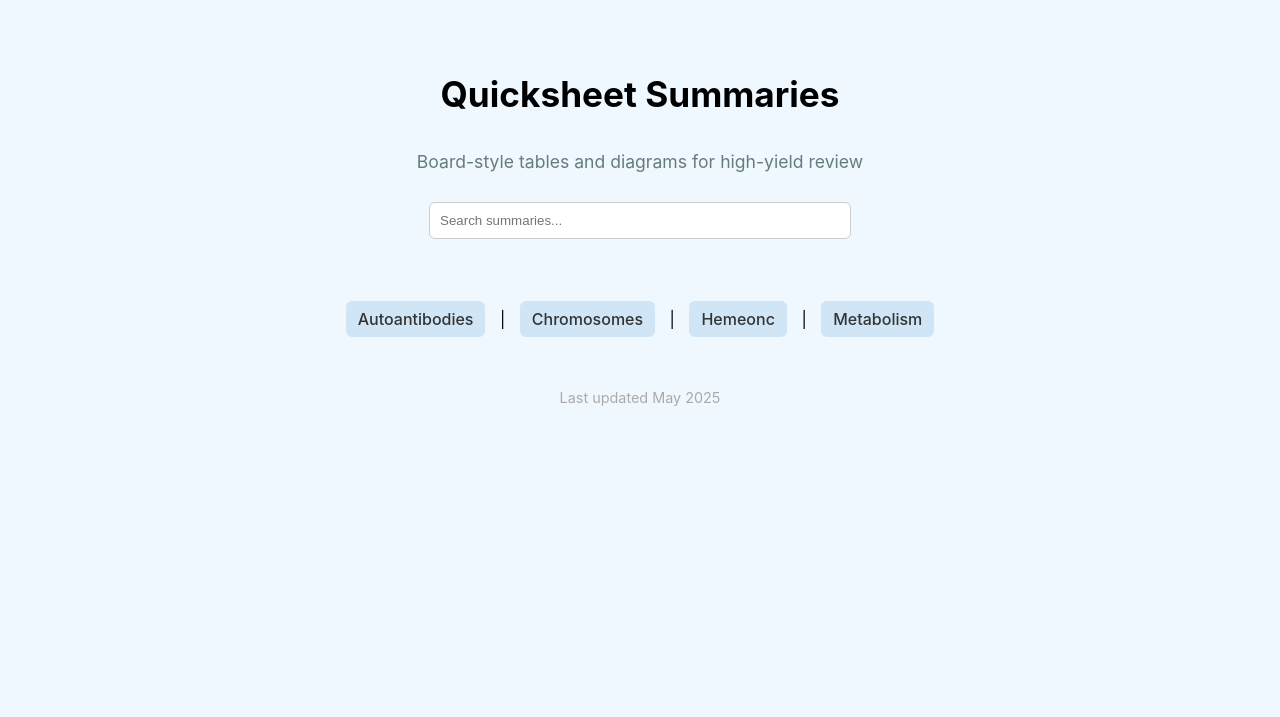
Repository: sharperdragon/STEVEL-1-Summaries
Page: index.html
An editor plug-in stored every save of this project. The page is shown before and after the next save, followed by the edit.
The browser window is 1280 px wide. The pictures show the whole page.

Above is the page before, as saved 2025-05-20 17:31:28.

After the next save:
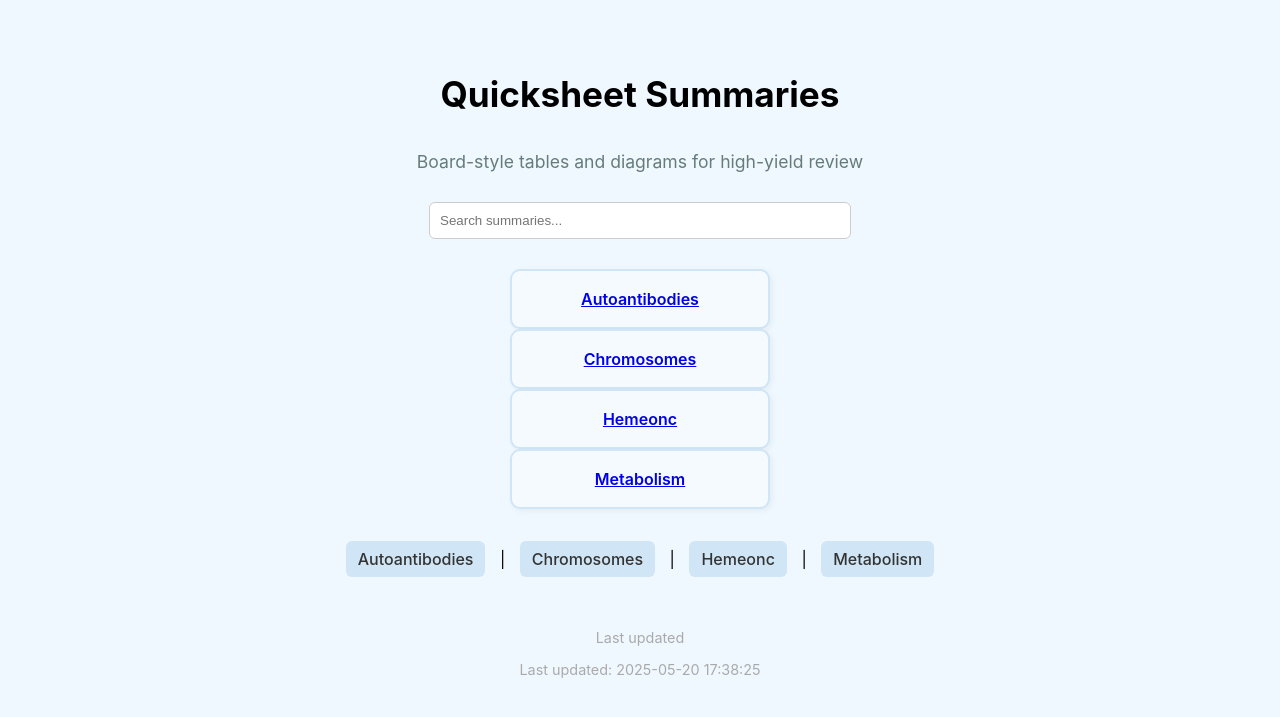
Saved 7 min 8 s later.
--- a/index.html
+++ b/index.html
@@ -5,7 +5,7 @@
   <meta name="viewport" content="width=device-width, initial-scale=1.0"/>
   <title>Quicksheet Summaries</title>
   <link rel="stylesheet" href="/STEVEL-1-Summaries/static/style.css">
-  <link rel="icon" href="/STEVEL-1-Summaries/static/favicon.ico">
+  <link rel="icon" href="/STEVEL-1-Summaries/static/stevel_icon.png">
 </head>
 <body>
 
@@ -20,7 +20,12 @@
   </div>
 
   <section id="summaryCards" style="display: flex; flex-wrap: wrap; justify-content: center; margin-top: 30px; gap: 20px;">
-    <!-- Cards will be inserted here -->
+    <section class="summary-cards">
+<div class="summary-card"><a href="pages/autoantibodies.html">Autoantibodies</a></div>
+<div class="summary-card"><a href="pages/chromosomes.html">Chromosomes</a></div>
+<div class="summary-card"><a href="pages/hemeonc.html">Hemeonc</a></div>
+<div class="summary-card"><a href="pages/metabolism.html">Metabolism</a></div>
+</section>
   </section>
 
   <!-- 🔁 Navigation links injected from Python script -->
@@ -32,7 +37,7 @@
 </nav>
 
   <footer style="text-align: center; margin-top: 60px; font-size: 0.9em; color: #aaa;">
-    Last updated May 2025
+    Last updated <p class="last-updated">Last updated: 2025-05-20 17:38:25</p>
   </footer>
 
   <script src="/STEVEL-1-Summaries/static/script.js"></script>
